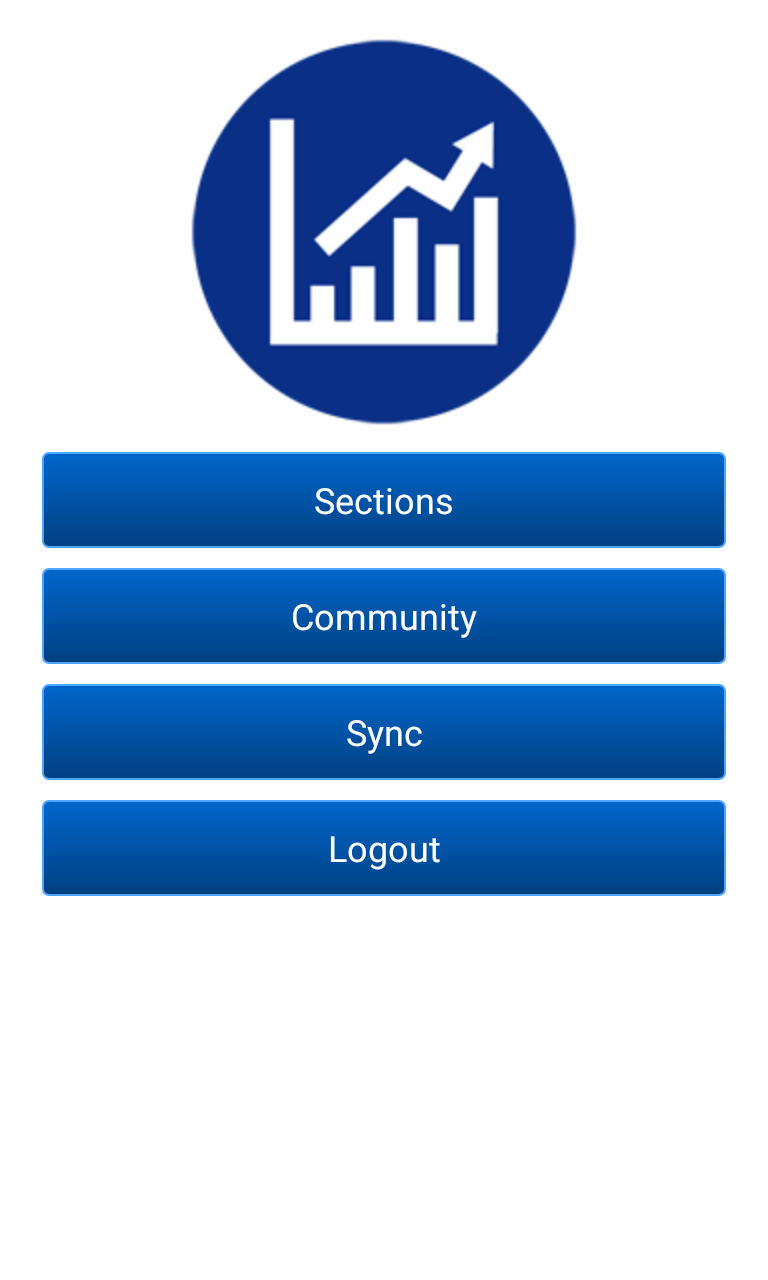
Repository: prabushitha/hydrosaver
Layout: hydrosaver/res/layout/activity_home.xml
These files come from the project's save history. The layout is drawn as it stood at one moment and after the next save; the edit follows.
Pictures or frames that could not be fetched are drawn as grey boxes. It is drawn on a 768 x 1280 px phone screen (xhdpi) without system bars, with theme AppTheme; the app's code is not run.

Above is the layout before, as saved 2016-10-08 05:51:59.

After the next save:
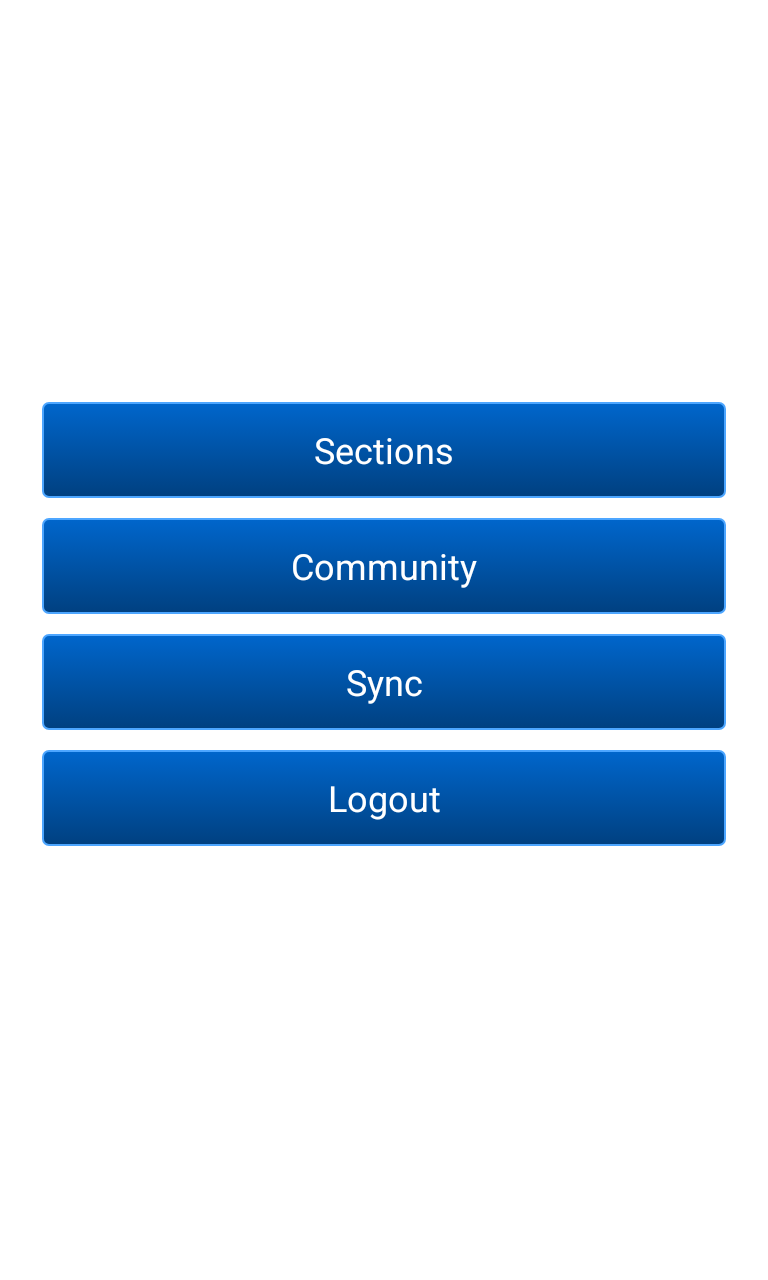
Saved 4 min 4 s later.
--- a/hydrosaver/res/layout/activity_home.xml
+++ b/hydrosaver/res/layout/activity_home.xml
@@ -24,11 +24,20 @@
 	            android:gravity="center"
 	            android:minHeight="350px" >
 
+		         <TableRow >
+			        <com.github.mikephil.charting.charts.LineChart
+						    android:layout_width="match_parent"
+						    android:layout_height="0dp"
+						    android:id="@+id/linegraph">
+
+					</com.github.mikephil.charting.charts.LineChart>
+		        </TableRow>
+		        <!--
 	            <ImageView android:id="@+id/imagen"
-	        android:layout_width="fill_parent"
-
-	        android:layout_height="fill_parent"
-	         android:src="@drawable/graph1"/>
+		        android:layout_width="fill_parent"
+		        android:layout_height="fill_parent"
+		        android:src="@drawable/graph1"/>
+				-->
 	        </TableRow>
 
 	        <TableRow
